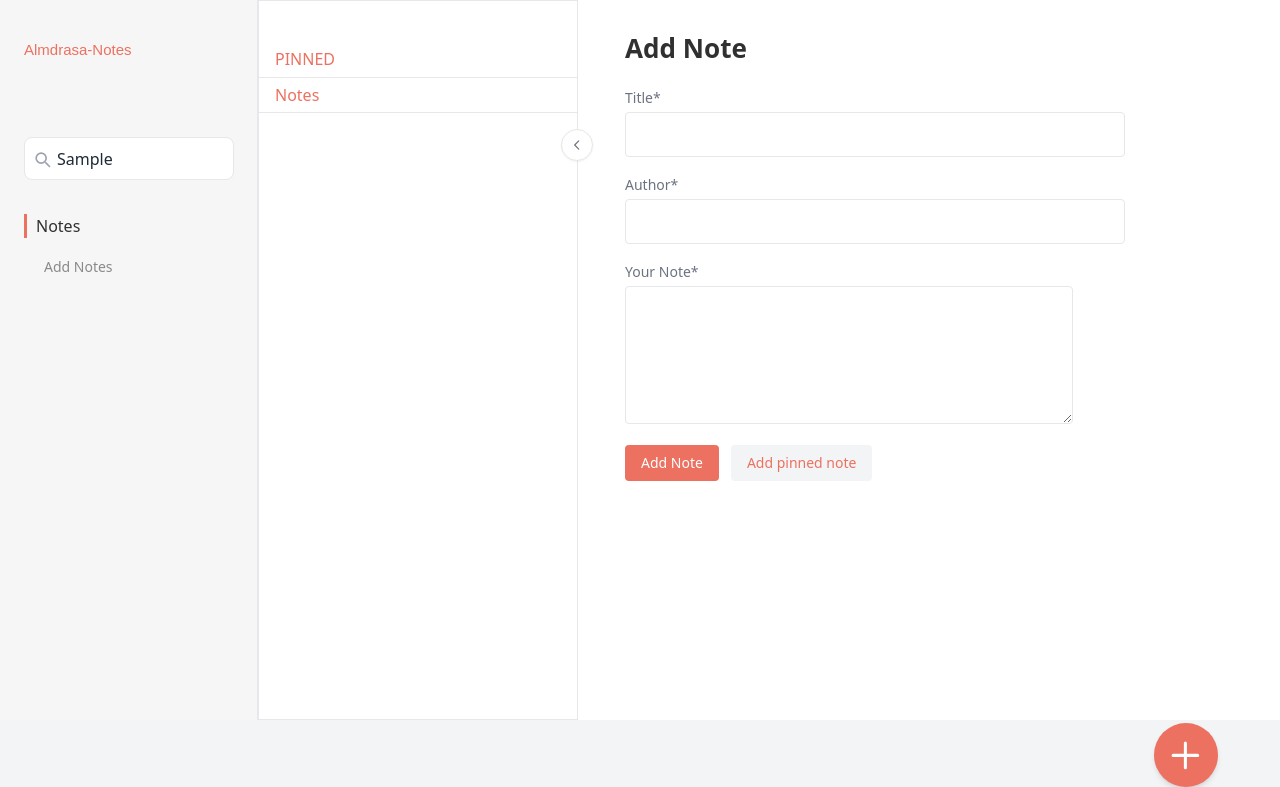
Repository: wafaa399/Note-App
Page: index.html
The author's editor kept a copy of each file at every save. The page is drawn from the files as they stood at one save, then again after the next save.
The browser window is 1280 px wide. The pictures show the whole page.
Empty fields were first filled with sample values (such as "Sample", 5 or name@example.com).
After loading, the first visible `#addNoteFab` was clicked once.
Some web fonts or font styles are not loaded; a fallback is used. Some web libraries are served in a nearby version.

Above is the page before, as saved 2026-07-20 02:40:37.

After the next save:
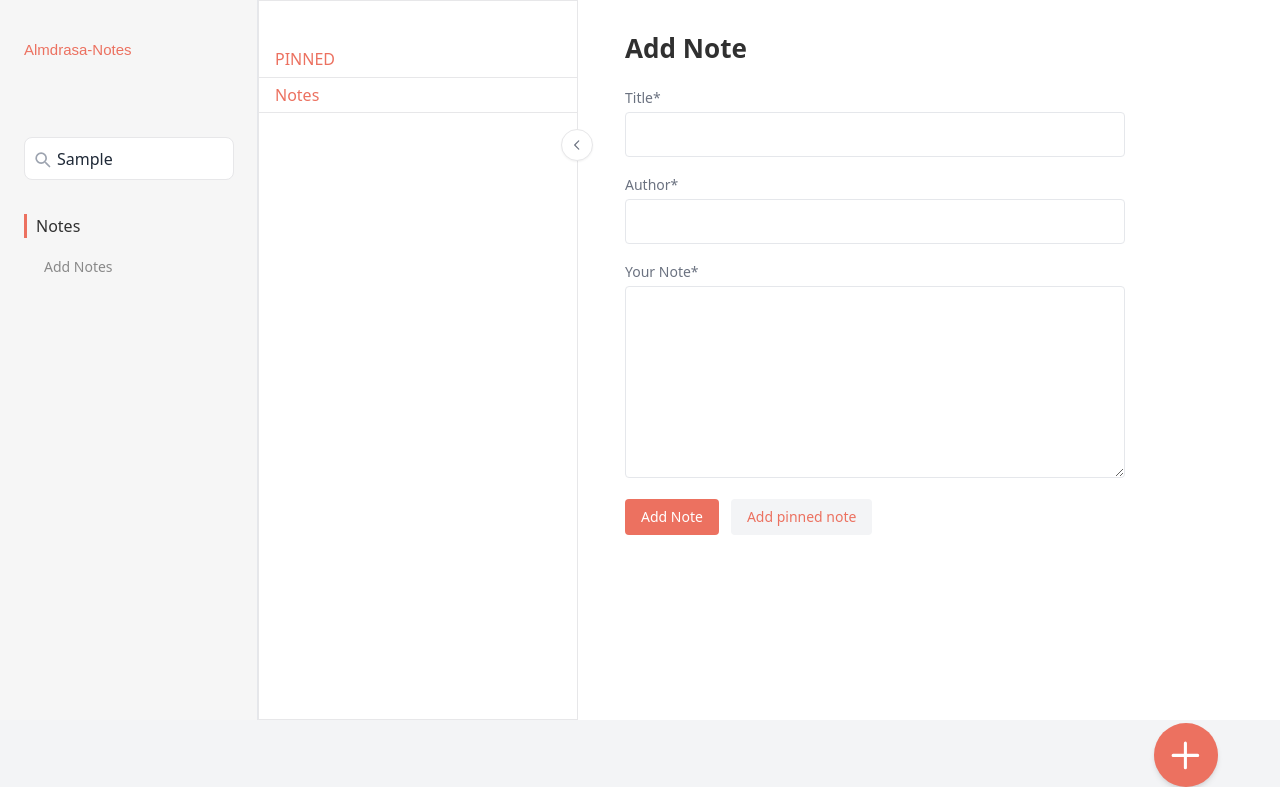
Saved 18 s later.
--- a/src/views/detailsView.js
+++ b/src/views/detailsView.js
@@ -29,7 +29,7 @@ export function renderAddNoteForm({ onSubmit }) {
       </div>
       <div>
         <label class="block text-gray-500 mb-1">Your Note*</label>
-        <textarea id="noteContent" rows="6" class="w-full border border-gray-200 rounded px-3 py-2 outline-none focus:ring-1 focus:ring-red-400"></textarea>
+        <textarea id="noteContent" rows="6" class="w-[31.25rem] h-[12rem] border border-gray-200 rounded px-3 py-2 outline-none focus:ring-1 focus:ring-red-400"></textarea>
       </div>
       <div class="flex gap-3">
         <button id="addNoteBtn" class="bg-[#EC7160] text-white px-4 py-2 rounded hover:bg-[#e05f4d]">Add Note</button>
